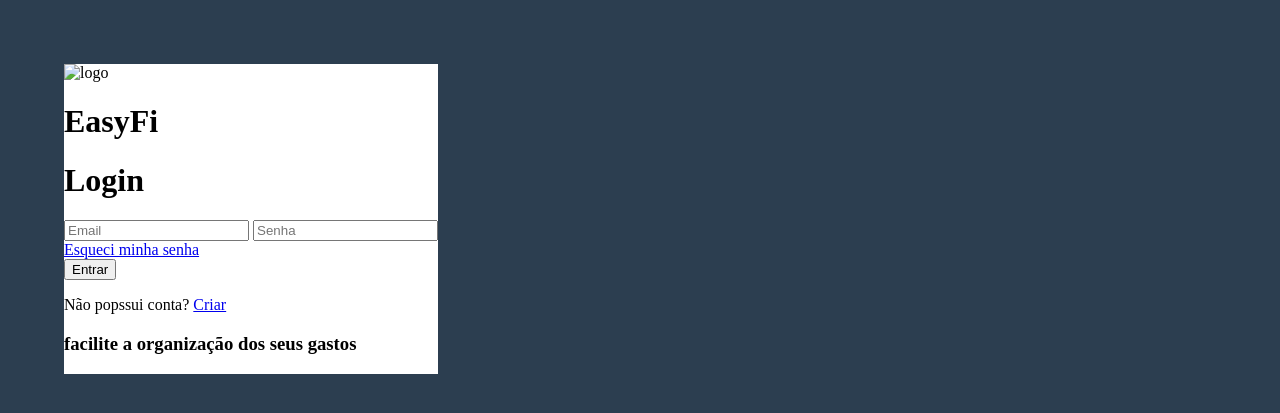
Repository: Ingridiag/projeto-engenharia
Page: login.html
The author's editor kept a copy of each file at every save. The page is drawn from the files as they stood at one save, then again after the next save.
The browser window is 1280 px wide. The pictures show the whole page.

Above is the page before, as saved 2024-10-28 15:09:53.

### login.html
<!DOCTYPE html>
<html lang="pt">

<head>
    <meta charset="UTF-8">
    <meta name="viewport" content="width=device-width, initial-scale=1.0">
    <link rel="stylesheet" href="style.css">
    <title>Login</title>
</head>

<body>
    <div class="container">

        <!-- Tela Login -->
        <div class="login">
            <div class="primeira-coluna">
                <div>
                    <img src="#" alt="logo">
                    <h1>EasyFi</h1>
                </div>
                <div>
                    <h1 class="title">Login</h1>
                    <form>
                        <input type="email" placeholder="Email">
                        <input type="password" placeholder="Senha">
                    </form>
                    <div>
                        <a href="#" class="link">Esqueci minha senha</a>

                    </div>
                    <div class="btn-default">
                        <button>
                            Entrar
                        </button>
                    </div>
                    <div>
                        <p>Não popssui conta?
                            <span>
                                <a href="#" class="link">Criar</a>
                            </span>
                        </p>
                    </div>
                </div>
                <div class="segunda-coluna">
                    <h3 class="mensagem">
                        facilite a organização dos seus gastos
                    </h3>
                </div>
            </div>
        </div>



        <div class="cadastro">
            <!-- Tela Cadastro -->
            <div class="primeira-coluna">
                <h3 class="mensagem">
                    facilite a organização dos seus gastos
                </h3>
            </div>

            <div class="segunda-coluna">
                <div>
                    <img src="#" alt="logo">
                    <h1>EasyFi</h1>
                </div>
                <div>
                    <h1 class="title">Criar Conta</h1>
                    <form>
                        <input type="text" placeholder="Nome">
                        <input type="email" placeholder="Email">
                        <input type="password" placeholder="Senha">
                        <input type="password" placeholder=" Confirmar senha">
                    </form>
                    <div>
                        <a href="#" class="link">Esqueci minha senha</a>

                    </div>
                    <div class="btn-default">
                        <button>
                            Entrar
                        </button>
                    </div>
                    <div>
                        <p>Já possui conta?
                            <span>
                                <a href="#" class="link">Login</a>
                            </span>
                        </p>
                    </div>
                </div>
            </div>
        </div>


    </div>

</body>

</html>

### style.css
body {
    margin: 0;
    padding: 0;
    box-sizing: border-box;
    background: #2C3E50;
}
.container{
    display: flex;
}

.login{
    width: 80%%;
    height: 100%;
    margin: 5% ;
    display: flex;
    align-items: center;
    background: #fff;
}

.cadastro{
    display: none;
    flex-direction: column;
    position: relative;
}

After the next save:
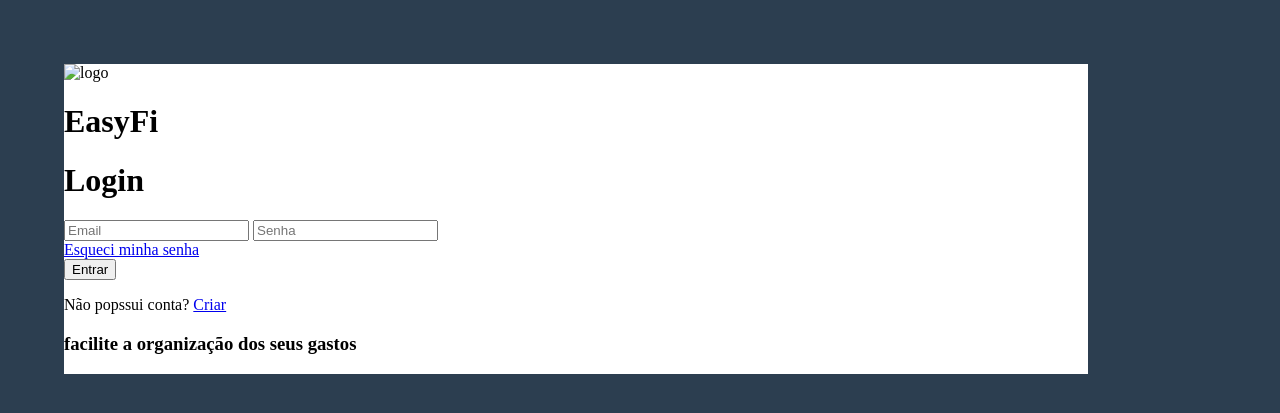
Saved 8 s later.
--- a/style.css
+++ b/style.css
@@ -9,7 +9,7 @@ body {
 }
 
 .login{
-    width: 80%%;
+    width: 80%;
     height: 100%;
     margin: 5% ;
     display: flex;
